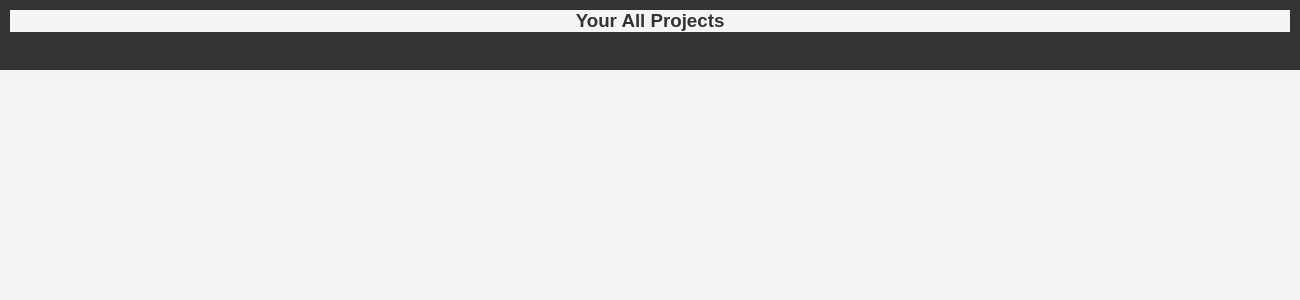
Repository: HAIDAR123654/CodeHuntMvcProject
Page: http://localhost/myportfolio/deleteproject.jsp
The author's editor kept a copy of each file at every save. The page is drawn from the files as they stood at one save, then again after the next save.
The browser window is 1280 px wide. The page is 1300 px wide, so the pictures cover 1300 px, including what lies to the right of the window. The pictures show the whole page.
The page is served by Tomcat 9. Queries for data that is not in the repository find no rows.

Above is the page before, as saved 2024-01-26 17:01:46.

After the next save:
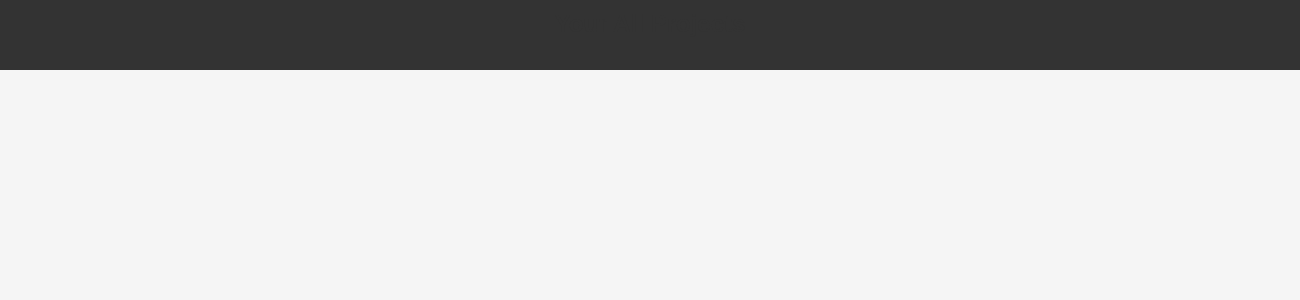
Saved 32 s later.
--- a/myportfolio/src/main/webapp/deleteproject.jsp
+++ b/myportfolio/src/main/webapp/deleteproject.jsp
@@ -18,7 +18,7 @@
 	background-color: #f5f5f5;
 	color: #333;
 }
-h1{
+h2{
 background-color: #333;
 }
 header {
@@ -65,7 +65,7 @@ button:hover {
 
 <body>
 	<header>
-		<h3>Your All Projects</h3>
+		<h2>Your All Projects</h2>
 	</header>
 	<%@include file="messageprint.jsp"%>
 	<%
